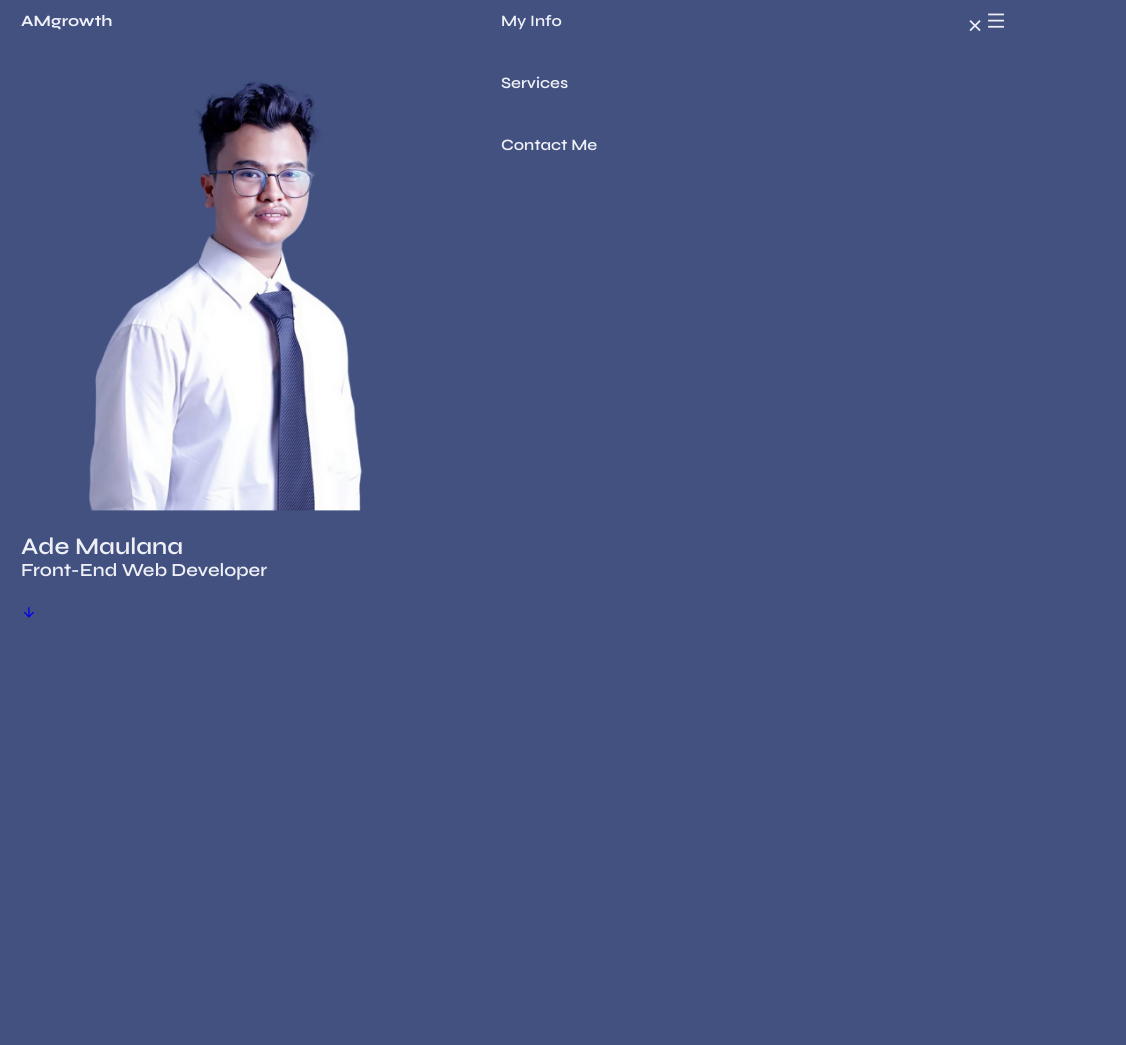
Repository: Ademaulana100499/portofolio
Page: index.html
An editor plug-in stored every save of this project. The page is shown before and after the next save, followed by the edit.
The browser window is 1280 px wide. The pictures show the whole page, at 88% of full size.
Some web fonts or font styles are not loaded; a fallback is used.

Above is the page before, as saved 2024-11-28 16:53:36.

After the next save:
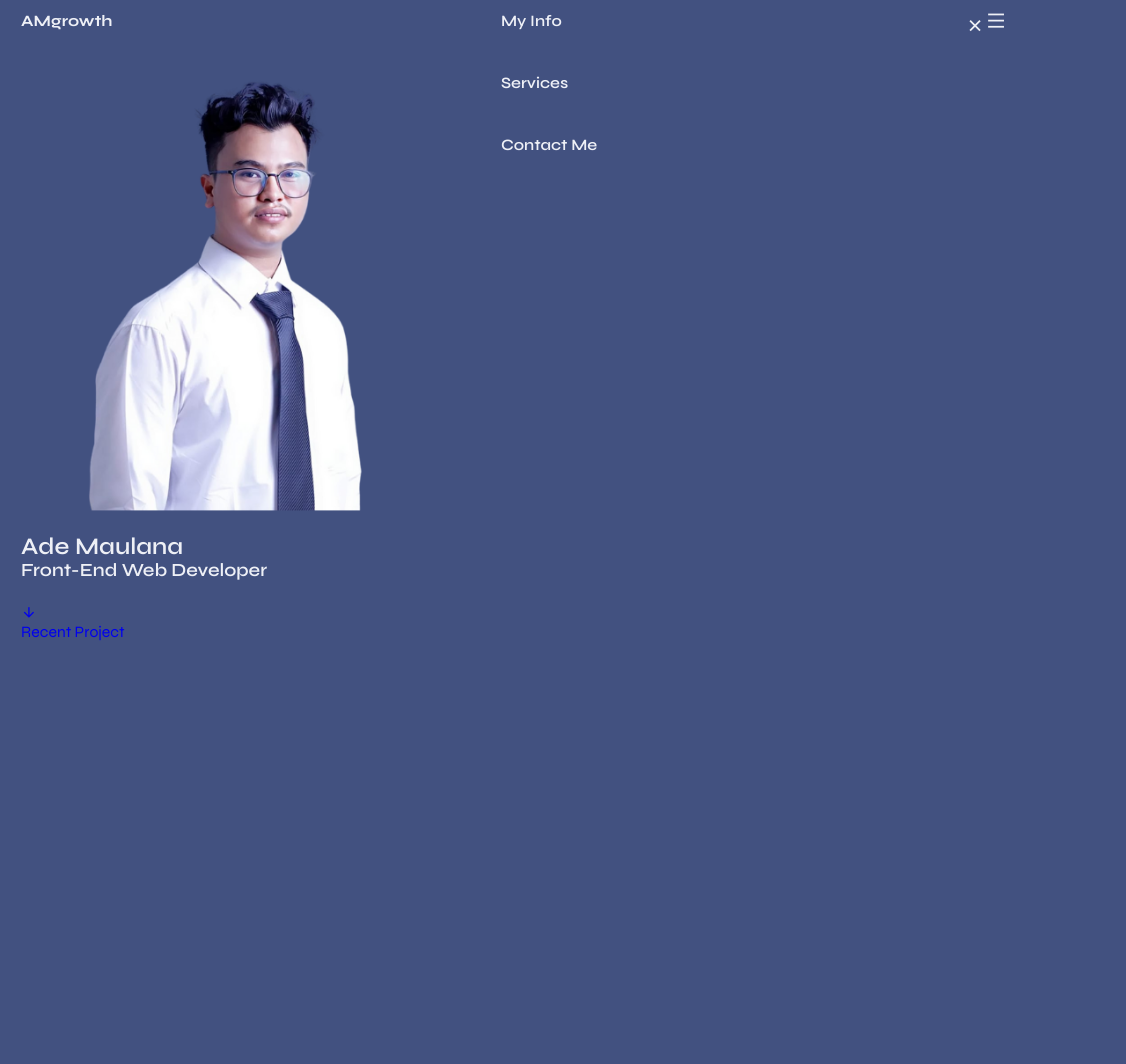
Saved 62 s later.
--- a/index.html
+++ b/index.html
@@ -61,6 +61,7 @@
             <div class="home__scroll-box">
               <i class="ri-arrow-down-line"></i>
             </div>
+            <span class="home__scroll-text">Recent Project</span>
           </a>
         </div>
       </section>
